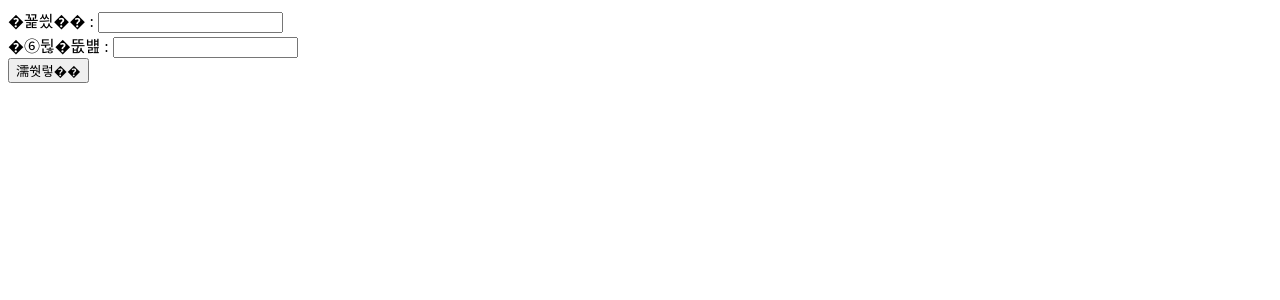
Repository: ifpi98/java_e
Page: jspproject/src/main/webapp/login.html
These files come from the project's save history. The page is drawn as it stood at one moment and after the next save; the edit follows.
The browser window is 1280 px wide. The pictures show the whole page.

Above is the page before, as saved 2023-07-06 07:15:59.

### jspproject/src/main/webapp/login.html
<!DOCTYPE html>
<html>
<head>
<meta charset="EUC-KR">
<title>Insert title here</title>
</head>
<body>

<form action="/hello">
	아이디 : <input type="text" name="id"><br>
	패스워드 : <input type="password" name="pw"><br>
	<input type="submit" value="로그인">

</form>

</body>
</html>

After the next save:
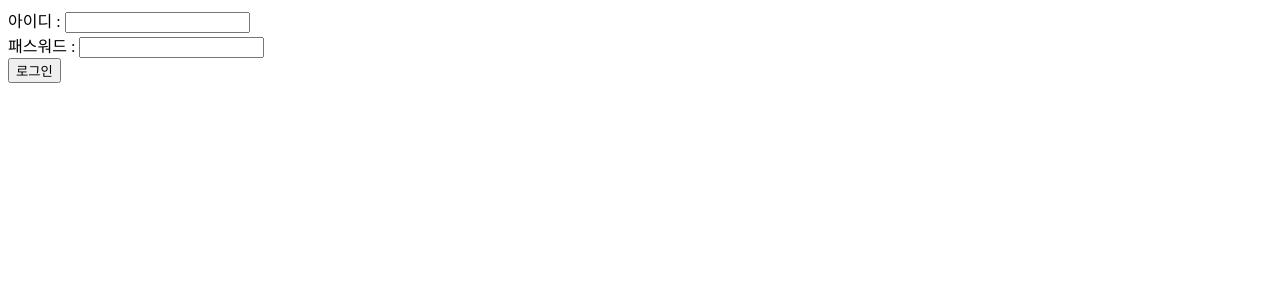
Saved 18 s later.
--- a/jspproject/src/main/webapp/login.html
+++ b/jspproject/src/main/webapp/login.html
@@ -1,7 +1,7 @@
 <!DOCTYPE html>
 <html>
 <head>
-<meta charset="EUC-KR">
+<meta charset="utf-8">
 <title>Insert title here</title>
 </head>
 <body>
